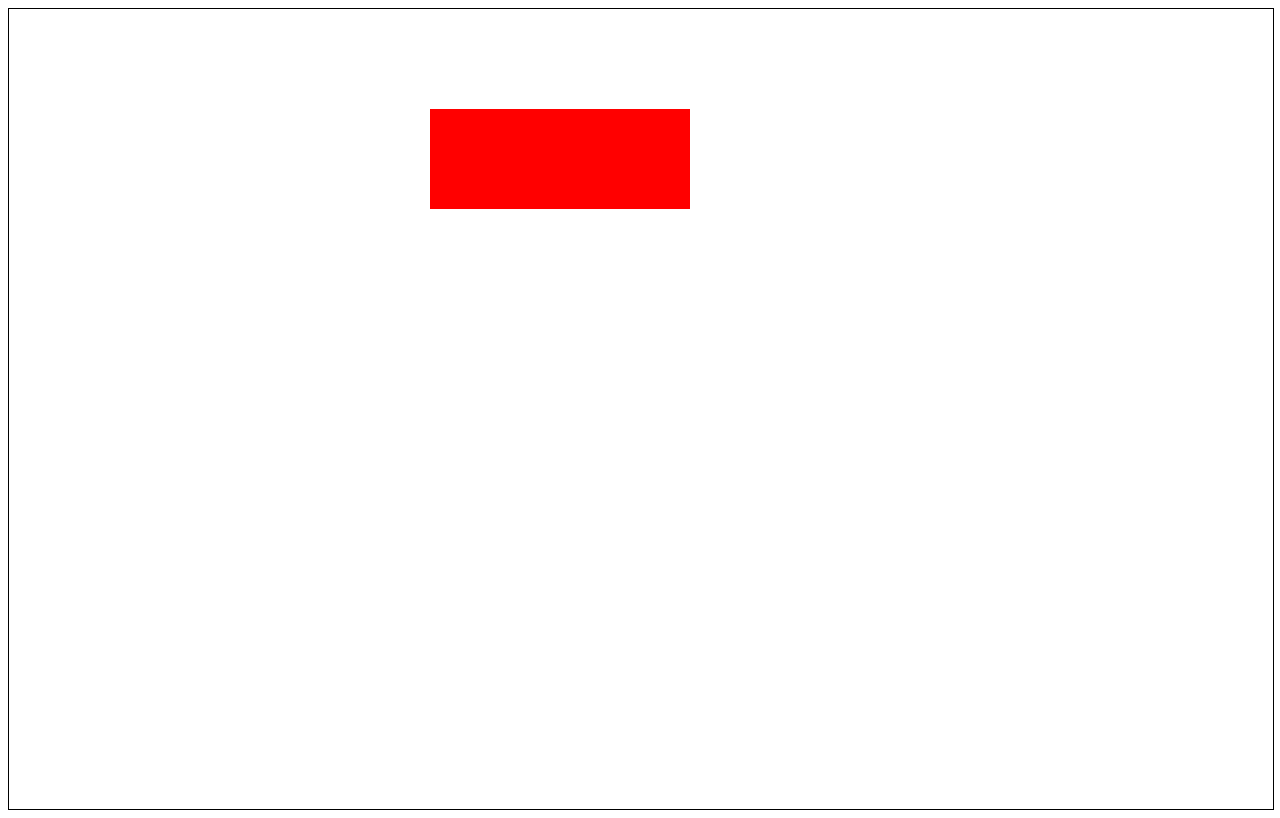
Repository: LstHeart/html-learning
Page: css3/过渡动画.html
These files come from the project's save history. The page is drawn as it stood at one moment and after the next save; the edit follows.
The browser window is 1280 px wide. The pictures show the whole page.
The pointer rests on the first visible `.box`.

Above is the page before, as saved 2021-01-12 21:25:29.

After the next save:
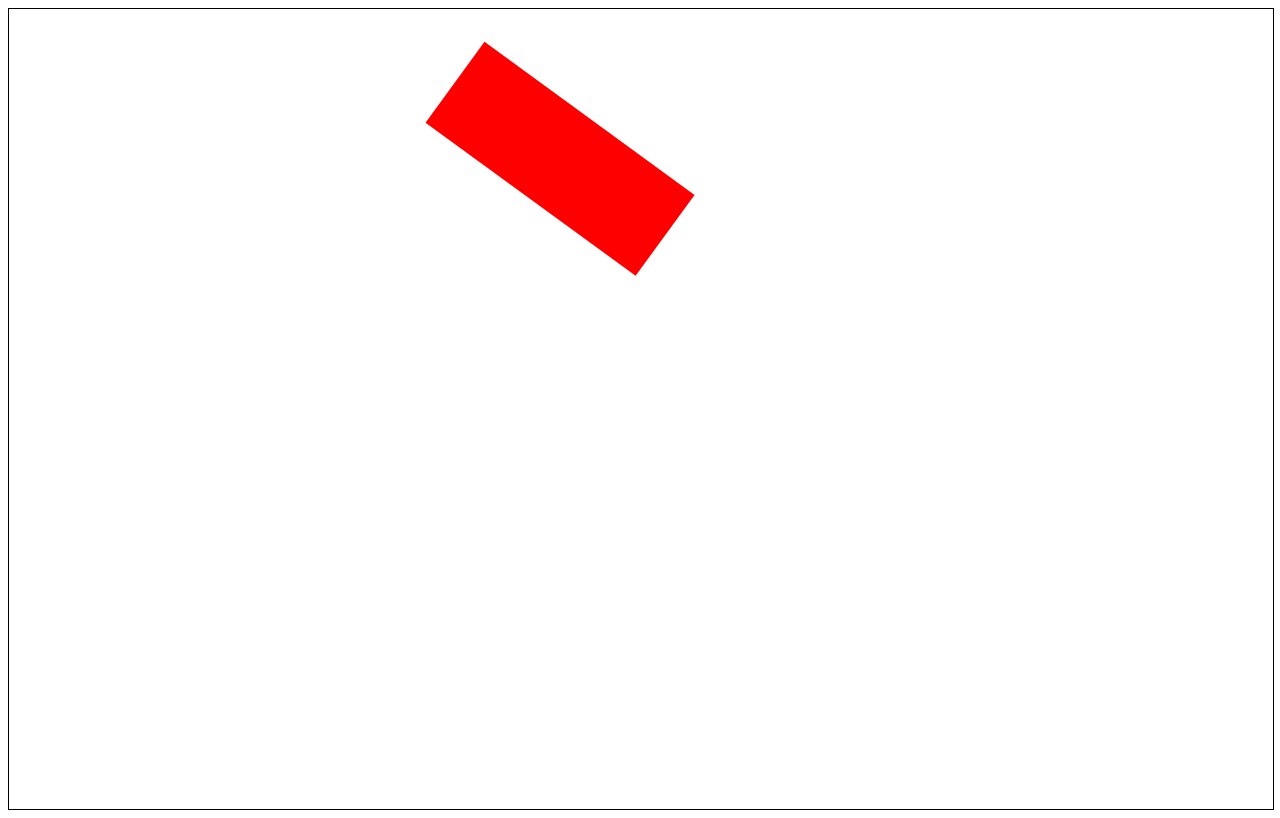
Saved 45 s later.
--- a/css3/过渡动画.html
+++ b/css3/过渡动画.html
@@ -24,6 +24,7 @@
         .box:hover .demo{
             left: 500px;
             width: 300px;
+            transform: rotate(45deg);
         }
     </style>
 </head>
